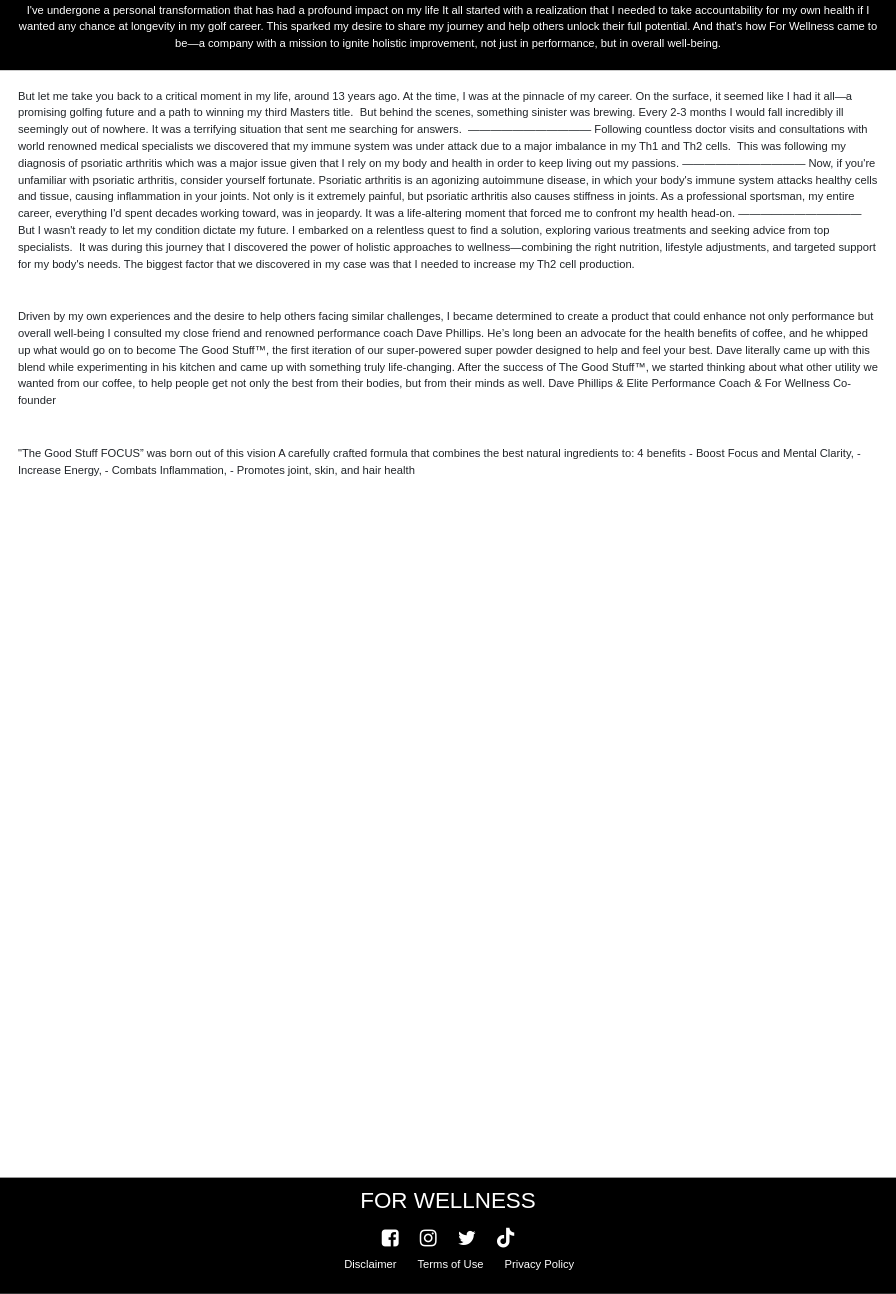
Repository: dariusprince90/wellness-landing
Page: index.html
An editor plug-in stored every save of this project. The page is shown before and after the next save, followed by the edit.
The browser window is 1280 px wide. The pictures show the part of the page from y = 1696 to 3616 px (the page is 3544 px tall before and 3616 px after), at 70% of full size.

Above is the page before, as saved 2023-07-26 10:03:11.

After the next save:
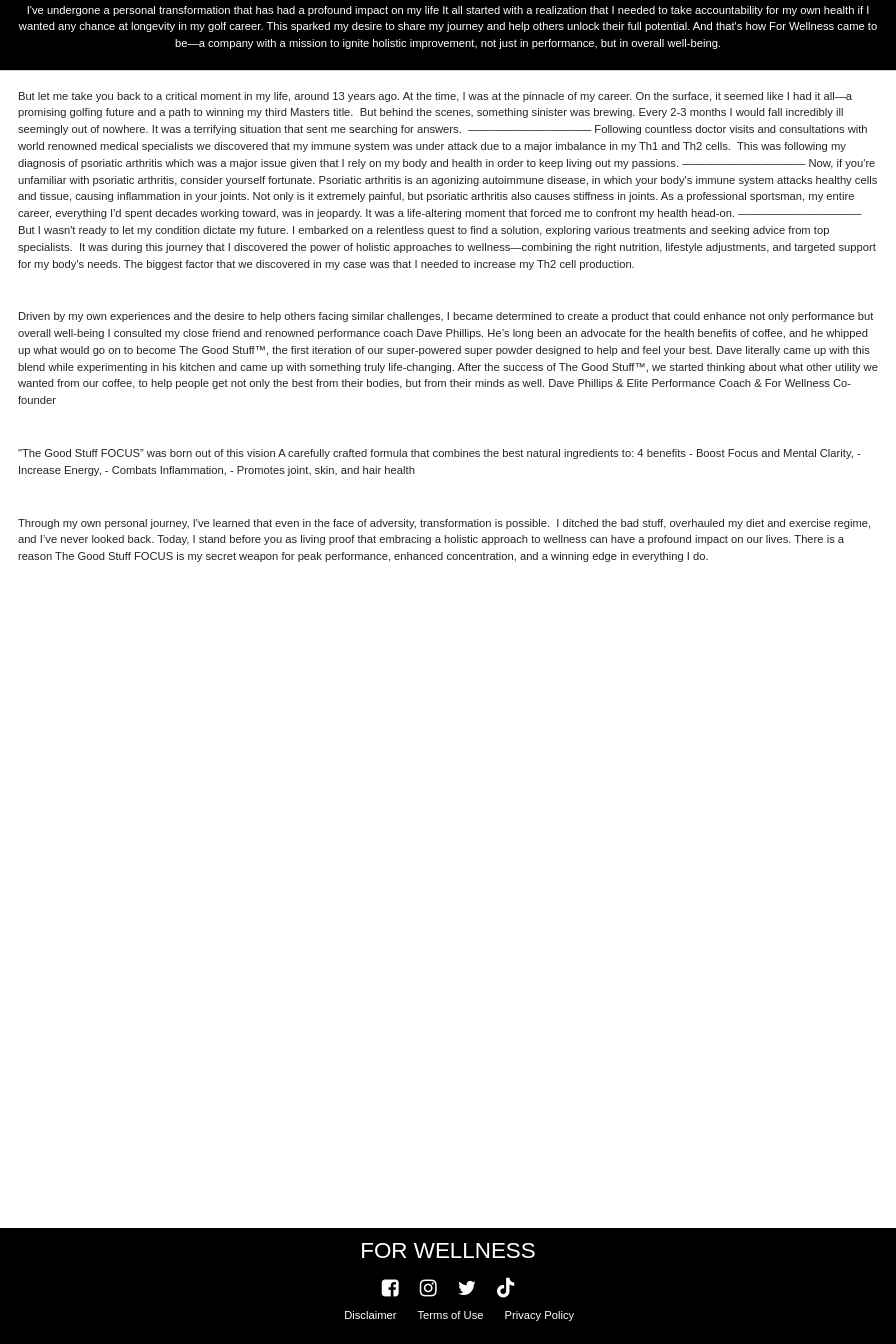
Saved 41 s later.
--- a/index.html
+++ b/index.html
@@ -336,6 +336,14 @@
 
     </section>
     <section class="s-016-text">
+        Through my own personal journey, I've learned that even in the face of adversity, transformation is possible.
+
+I ditched the bad stuff, overhauled my diet and exercise regime, and I’ve never looked back.
+
+Today, I stand before you as living proof that embracing a holistic approach to wellness can have a profound impact on our lives.
+
+There is a reason The Good Stuff FOCUS is my secret weapon for peak performance, enhanced concentration, and a winning edge in everything I do.
+
     </section>
 
     <section class="s-00#-text">
